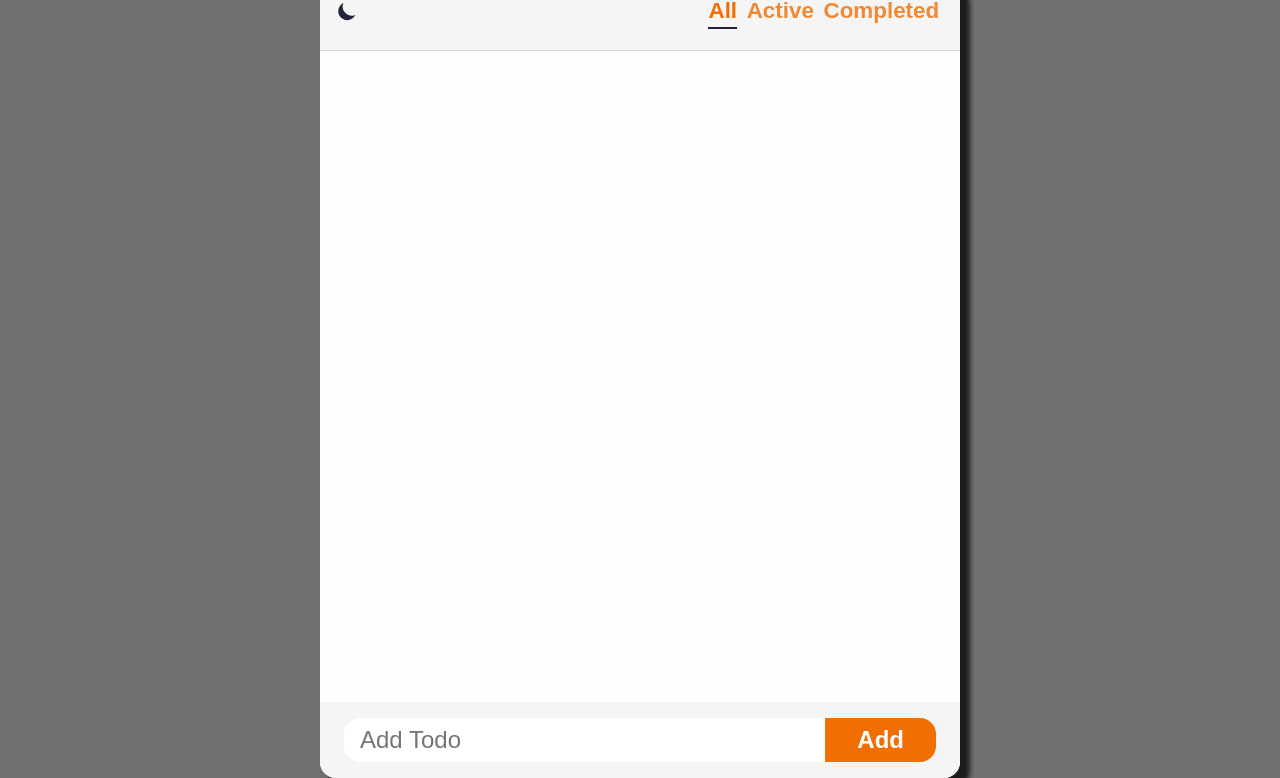
Repository: MrJinkyu/TodoList
Page: /
An editor plug-in stored every save of this project. The page is shown before and after the next save, followed by the edit.
The browser window is 1280 px wide. The pictures show the whole page.
The project was rebuilt for these pictures with package versions that can differ from the ones it lists, and the page was loaded fresh each time. Also part of the build but not shown: src/components/Todo.module.css, src/components/Todo.jsx, src/components/Greeting.module.css.

Above is the page before, as saved 2023-05-01 16:05:47.

### src/index.js
import React from 'react';
import ReactDOM from 'react-dom/client';
import './index.css';
import App from './App';
import reportWebVitals from './reportWebVitals';
import Greeting from './components/Greeting';

const root = ReactDOM.createRoot(document.getElementById('root'));
root.render(
  <React.StrictMode>
    <Greeting/>
    <App />
  </React.StrictMode>
);

// If you want to start measuring performance in your app, pass a function
// to log results (for example: reportWebVitals(console.log))
// or send to an analytics endpoint. Learn more: https://bit.ly/CRA-vitals
reportWebVitals();

### src/index.css
:root{
  --color-body: #6f706f;
  --color-bg-dark:#f5f5f5;
  --color-bg: #fdfffd;
  --color-grey: #d1d1d1;
  --color-text: #22243b;
  --color-accent: #f16e03;
  --color-white: white;
  --color-scrollbar: #aaa7a7;
}

html.dark{
  --color-bg-dark: #1a1c35;
  --color-bg: #22243b;
  --color-grey: #4e4e4e;
  --color-text: #fdfffd;
}

*{
  box-sizing: border-box;
  padding: 0;
  margin: 0;
}

button{
  border: none;
  outline: none;
  cursor: pointer;
  background-color: transparent;
}

ul,li{
  list-style: none;
}

body {
  margin: 0;
  font-family: -apple-system, BlinkMacSystemFont, 'Segoe UI', 'Roboto', 'Oxygen',
    'Ubuntu', 'Cantarell', 'Fira Sans', 'Droid Sans', 'Helvetica Neue',
    sans-serif;
  -webkit-font-smoothing: antialiased;
  -moz-osx-font-smoothing: grayscale;
  width: 100vw;
  height: 100vh;
  display: flex;
  justify-content: center;
  align-items: center;
  background-color: var(--color-body);
  font-size: 1.2rem;
  accent-color: var(--color-accent);
}

code {
  font-family: source-code-pro, Menlo, Monaco, Consolas, 'Courier New',
    monospace;
}

::-webkit-scrollbar {
  width: 0.5rem
}

::-webkit-scrollbar-track {
  background-color: var(--color-bg-dark);
}

::-webkit-scrollbar-thumb {
  background-color: var(--color-scrollbar);
}

::-webkit-scrollbar-thumb:hover {
  background-color: var(--color-accent);
}

### src/App.js
import { useState } from "react";
import TodoList from "./components/TodoList";
import Header from "./components/Header";
import { DarkModeProvider } from "./context/DarkModeContext";
import './App.css';

const filters = ['all', 'active', 'completed'];
function App() {
  const [filter, setFilter] = useState(filters[0]);
  return (
    <div className="app">
    <DarkModeProvider>
      <Header filters={filters} filter={filter} onFilterChange={setFilter}/>
      <TodoList filter={filter}/>
    </DarkModeProvider>
    </div>
  );
}

export default App;

### src/components/Greeting.jsx
import React from 'react';
import styles from './Greeting.module.css';

export default function Greeting() {
    return (
        <h2 className={styles.greeting}>
            Welcome, Jinkyu
        </h2>
    );
}

### src/components/TodoList.jsx
import React, { useEffect, useState } from 'react';
import AddTodo from './AddTodo';
import Todo from './Todo';
import styles from './TodoList.module.css';

export default function TodoList({filter}) {
    const [todos, setTodos] = useState(readTodo);
    const handleAdd = (todo) => {
        setTodos([...todos, todo]);
    }
    const handleUpdate = (updated) => {
        setTodos(todos.map((todo) => todo.id === updated.id ? updated : todo));
    }
    const handleDelete = (deleted) => {
        setTodos(todos.filter((todo) => todo.id !== deleted.id));
    }
    const filtered = getFilteredItems(todos, filter);

    useEffect(()=>{
        localStorage.setItem('todos',JSON.stringify(todos));
    },[todos]);
    return (
        <section className={styles.container}>
            <ul className={styles.list}>
                {filtered.map((item) => (
                    <Todo
                        key={item.id}
                        todo={item}
                        onUpdate={handleUpdate}
                        onDelete={handleDelete}
                    />
                ))}
            </ul>
            <AddTodo onAdd={handleAdd}/>
        </section>
    );
}

function getFilteredItems(todos, filter){
    if(filter === 'all'){
        return todos;
    }
    return todos.filter((todo) => todo.status === filter);
}

function readTodo(){
    const todos = localStorage.getItem('todos');
    return todos ? JSON.parse(todos) : [];
}

### src/components/Header.jsx
import React from 'react';
import styles from './Header.module.css';
import { useDarkMode } from '../context/DarkModeContext';
import { HiMoon, HiSun } from 'react-icons/hi';

export default function Header({filters, filter, onFilterChange}) {
    const {darkMode, toggleDarkMode} = useDarkMode();

    return (
        <header className={styles.header}>
            <button className={styles.toggle} onClick={toggleDarkMode}>
                {!darkMode && <HiMoon></HiMoon>}
                {darkMode && <HiSun></HiSun>}
            </button>
            <ul className={styles.filters}>
                {filters.map((value,index) => (
                    <li key={index}>
                        <button
                            onClick={() => onFilterChange(value)}
                            className={`${styles.filter} ${filter === value && styles.selected}`}
                        >
                            {value}
                        </button>
                    </li>
                ))}
            </ul>
        </header>
    );
}

### src/context/DarkModeContext.jsx
const { createContext, useState, useContext } = require("react");

const DarkModeContext = createContext();

export function DarkModeProvider({children}){
    const [darkMode, setDarkMode] = useState(false);
    const toggleDarkMode = () => {
        setDarkMode(!darkMode);
        updateDarkMode(!darkMode);
    }

    return (
        <DarkModeContext.Provider value={{darkMode, toggleDarkMode}}>
            {children}
        </DarkModeContext.Provider>
    )
}

export const useDarkMode = () => useContext(DarkModeContext);

function updateDarkMode(darkMode){
    if(darkMode){
        document.documentElement.classList.add('dark');
    }else{
        document.documentElement.classList.remove('dark');
    }
}

### src/App.css
.app{
    overflow: hidden;
    display: flex;
    flex-direction: column;
    width: 40rem;
    height: 50rem;
    background-color: var(--color-bg);
    border-radius: 1rem;
    box-shadow: 10px 10px 5px 0px rgba(0,0,0,0.75);
  -webkit-box-shadow: 10px 10px 5px 0px rgba(0,0,0,0.75);
  -moz-box-shadow: 10px 10px 5px 0px rgba(0,0,0,0.75);
  }

### src/components/AddTodo.jsx
import React, { useState } from 'react';
import {v4 as uuidv4} from 'uuid';
import styles from './AddTodo.module.css';

export default function AddTodo({onAdd}) {
    const [text, setText] = useState('');
    const handleChange = (e) => {
        setText(e.target.value);
    }
    const handleSubmit = (e) => {
        e.preventDefault();
        if(text.trim().length === 0){
            return ;
        }
        onAdd({ id: uuidv4(), text, status: 'active' });
        setText('');
    }
    return (
        <form className={styles.form} onSubmit={handleSubmit}>
            <input
                className={styles.input}
                type="text"
                value={text}
                onChange={handleChange}
                placeholder='Add Todo'
            />
            <button className={styles.button}>Add</button>
        </form>
    );
}

### src/components/TodoList.module.css
.container{
    height: 100%;
    display: flex;
    flex-direction: column;
    min-height: 0;
}

.list{
    flex: 1 1 auto;
    padding: 0.7rem 1rem;
    overflow-y: auto;
}

### src/components/Header.module.css
.header{
    background-color: var(--color-bg-dark);
    display: flex;
    justify-content: space-between;
    align-items: center;
    padding: 1rem;
    border-bottom: 1px solid var(--color-grey);
}

.toggle{
    font-size: 1.4rem;
    color: var(--color-text);
    transition: all 150ms ease-out;
}

.toggle:hover{
    color: var(--color-accent);
    transform: scale(1.1);
}

.filters{
    display: flex;
}

.filter{
    margin: 0.3rem;
    font-size: 1.4rem;
    color: var(--color-accent);
    font-weight: bold;
    opacity: 0.8;
    text-transform: capitalize;
}

.filter:hover,
.filter.selected{
    opacity: 1;
}

.filter.selected::after{
    content: '';
    display: block;
    margin-top: 0.2rem;
    border: 1px solid var(--color-text);
}

### src/components/AddTodo.module.css
.form{
    width: 100%;
    display: flex;
    padding: 1rem 1.5rem;
    background-color: var(--color-bg-dark);
}

.input{
    font-size: 1.5rem;
    border: none;
    outline: none;
    padding: 0.5rem 1rem;
    flex: 1 0 auto;
    border-top-left-radius: 1rem;
    border-bottom-left-radius: 1rem;
}

.button{
    padding: 0 2rem;
    font-size: 1.5rem;
    font-weight: bold;
    background-color: var(--color-accent);
    color: var(--color-white);
    border-top-right-radius: 1rem;
    border-bottom-right-radius: 1rem;
}

.button:hover{
    filter: brightness(125%);
}

Loaded but not shown: public/index.html (common file); src/reportWebVitals.js (common file)

After the next save:
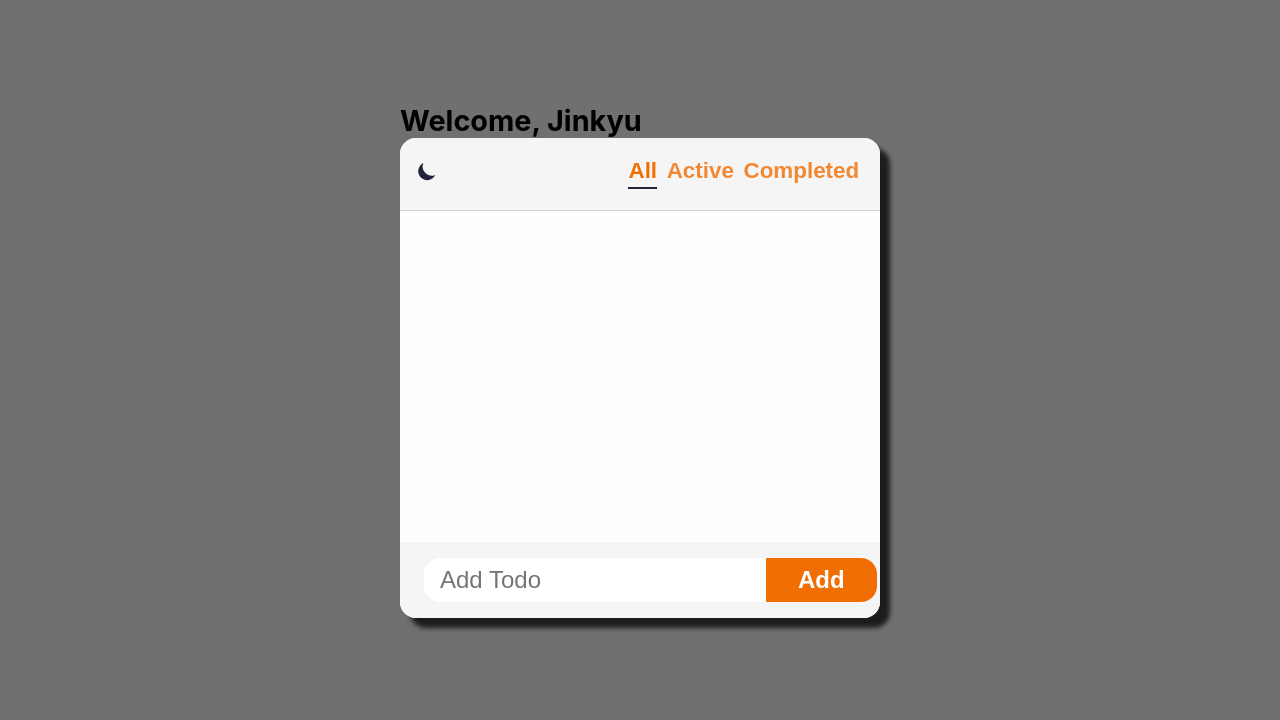
Saved 6 s later.
--- a/src/App.css
+++ b/src/App.css
@@ -2,8 +2,8 @@
     overflow: hidden;
     display: flex;
     flex-direction: column;
-    width: 40rem;
-    height: 50rem;
+    width: 30rem;
+    height: 30rem;
     background-color: var(--color-bg);
     border-radius: 1rem;
     box-shadow: 10px 10px 5px 0px rgba(0,0,0,0.75);
